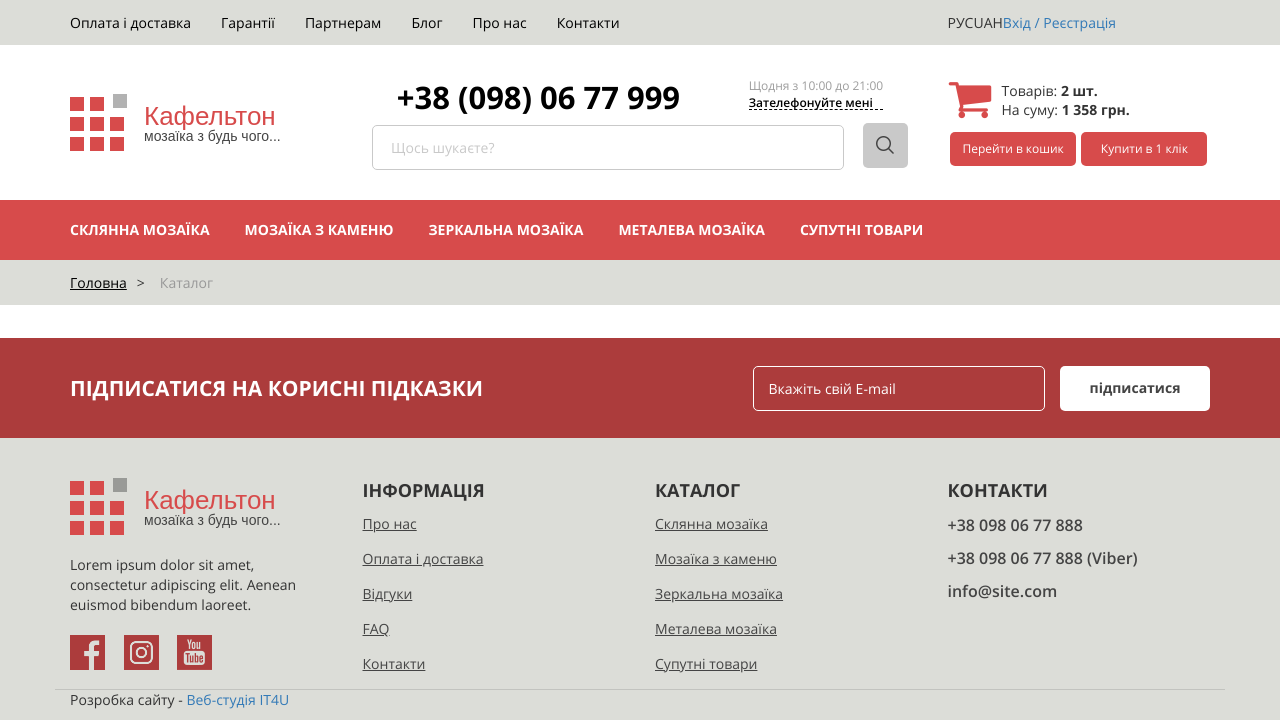
Repository: zellenka/mozaika
Page: app/index.html
An editor plug-in stored every save of this project. The page is shown before and after the next save, followed by the edit.
The browser window is 1280 px wide. The pictures show the whole page.
Some web fonts or font styles are not loaded; a fallback is used. The style sheet was rebuilt from its Sass, Less or Tailwind sources for each picture, by a compiler version that may differ from the author's.

Above is the page before, as saved 2018-07-13 16:34:03.
Console error (its wording comes from the project's code and is left out).

After the next save:
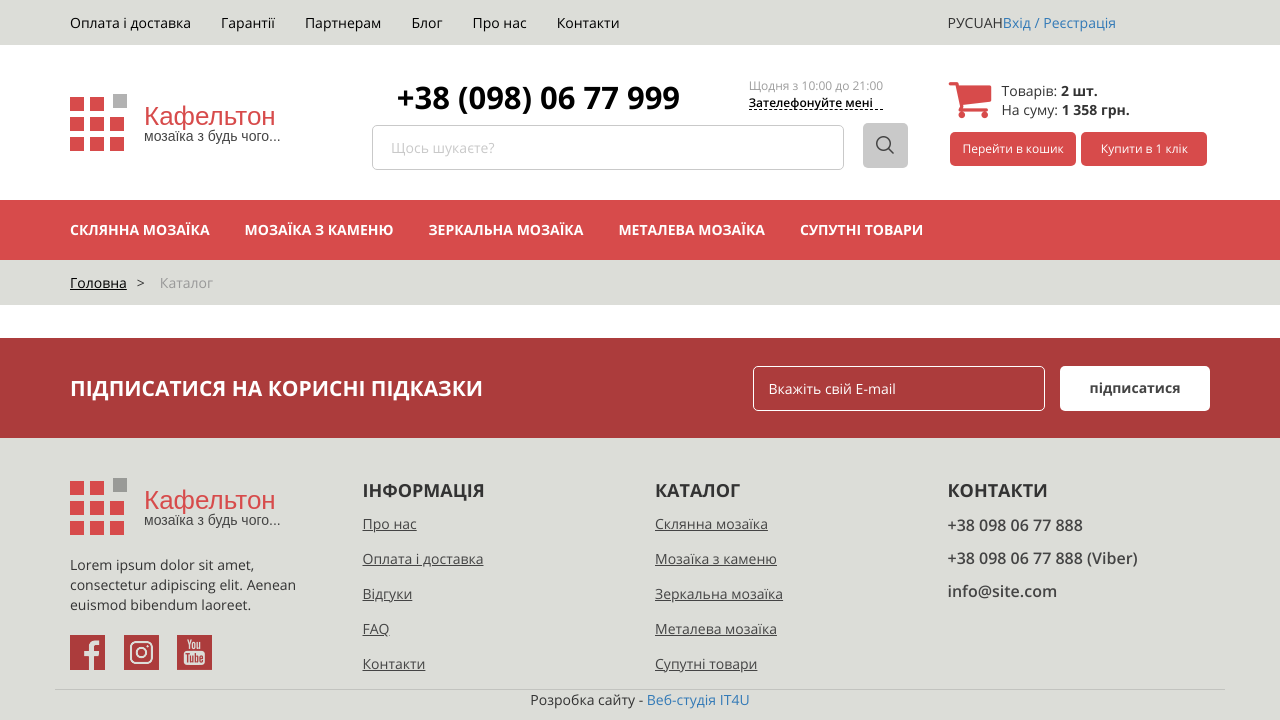
Saved 2 s later.
--- a/app/index.html
+++ b/app/index.html
@@ -177,7 +177,7 @@
 		<div class="container">
 			<div class="row">
 				<div class="col-md-12 footer-sub">
-					<p>Розробка сайту - <a href="/">Веб-студія IT4U</a></p>
+					<p class="footer-sub-text">Розробка сайту - <a href="/">Веб-студія IT4U</a></p>
 				</div>
 			</div>
 		</div>
